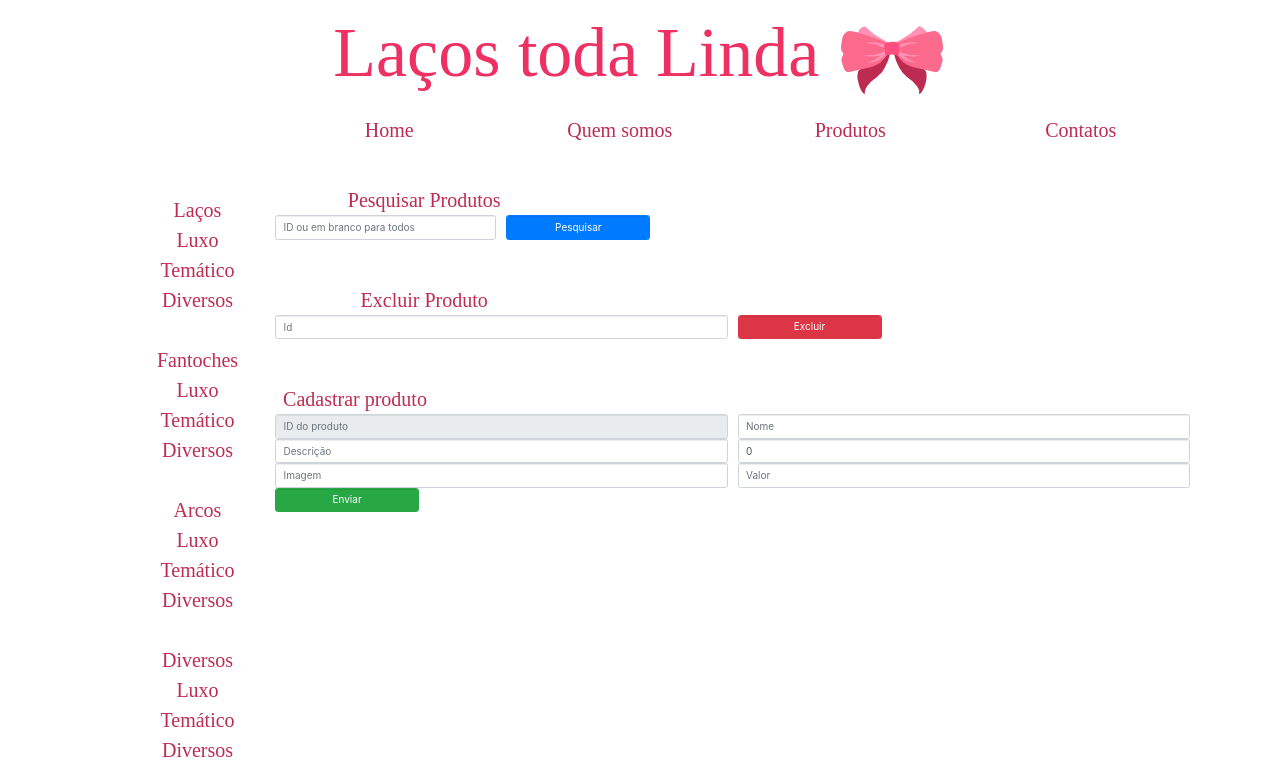
Repository: felipe-camilo/projin2
Page: http://localhost/projetointegrador/admin.jsp
These files come from the project's save history. The page is drawn as it stood at one moment and after the next save; the edit follows.
The browser window is 1280 px wide. The pictures show the whole page.
Some web fonts or font styles are not loaded; a fallback is used. The page is served by Tomcat 9.

Above is the page before, as saved 2022-03-30 01:50:56.

After the next save:
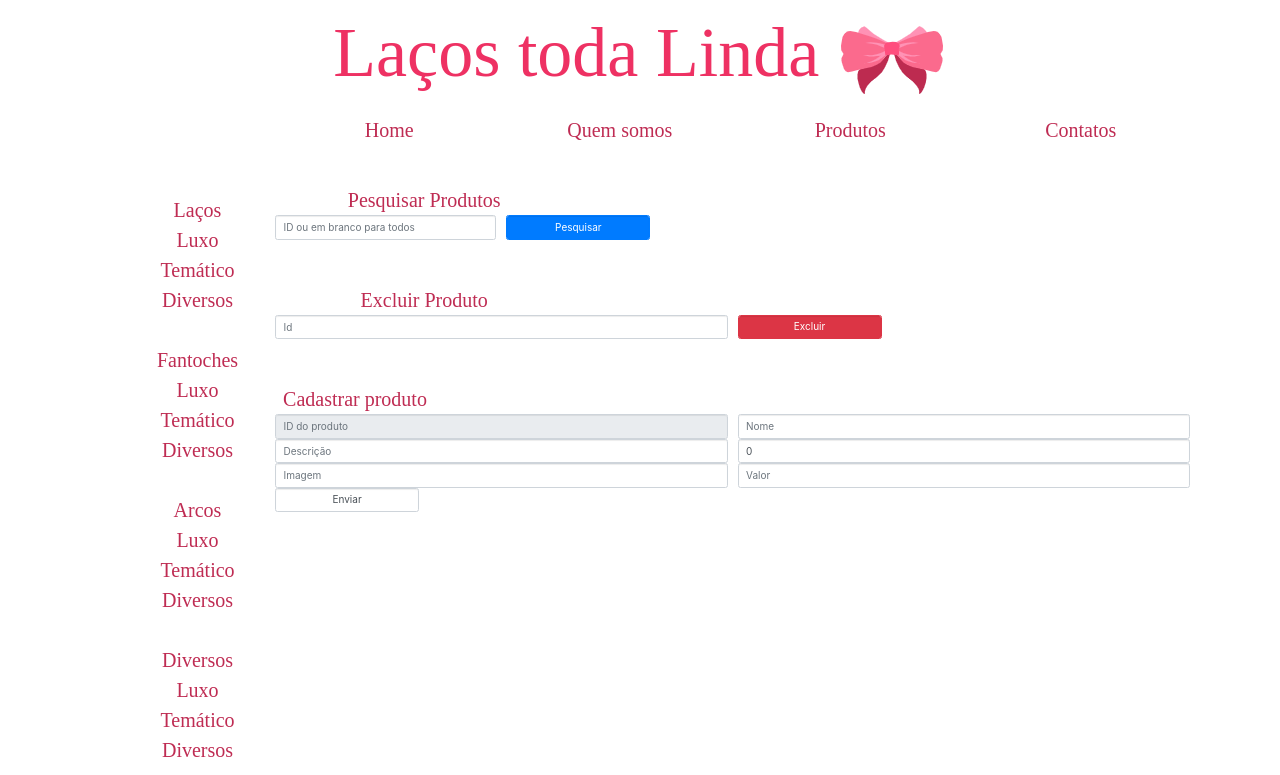
Saved 89 s later.
--- a/projetointegrador/src/main/webapp/admin.jsp
+++ b/projetointegrador/src/main/webapp/admin.jsp
@@ -225,7 +225,7 @@
 									name="valor" required>
 							</div>
 							<div class="col-2">
-								<input type="submit" class="form-control btn-success"
+								<input type="submit" class="form-control btn-basic"
 									value="<%out.print(action);%>" name="btn">
 							</div>
 							<div class="col-6"></div>
